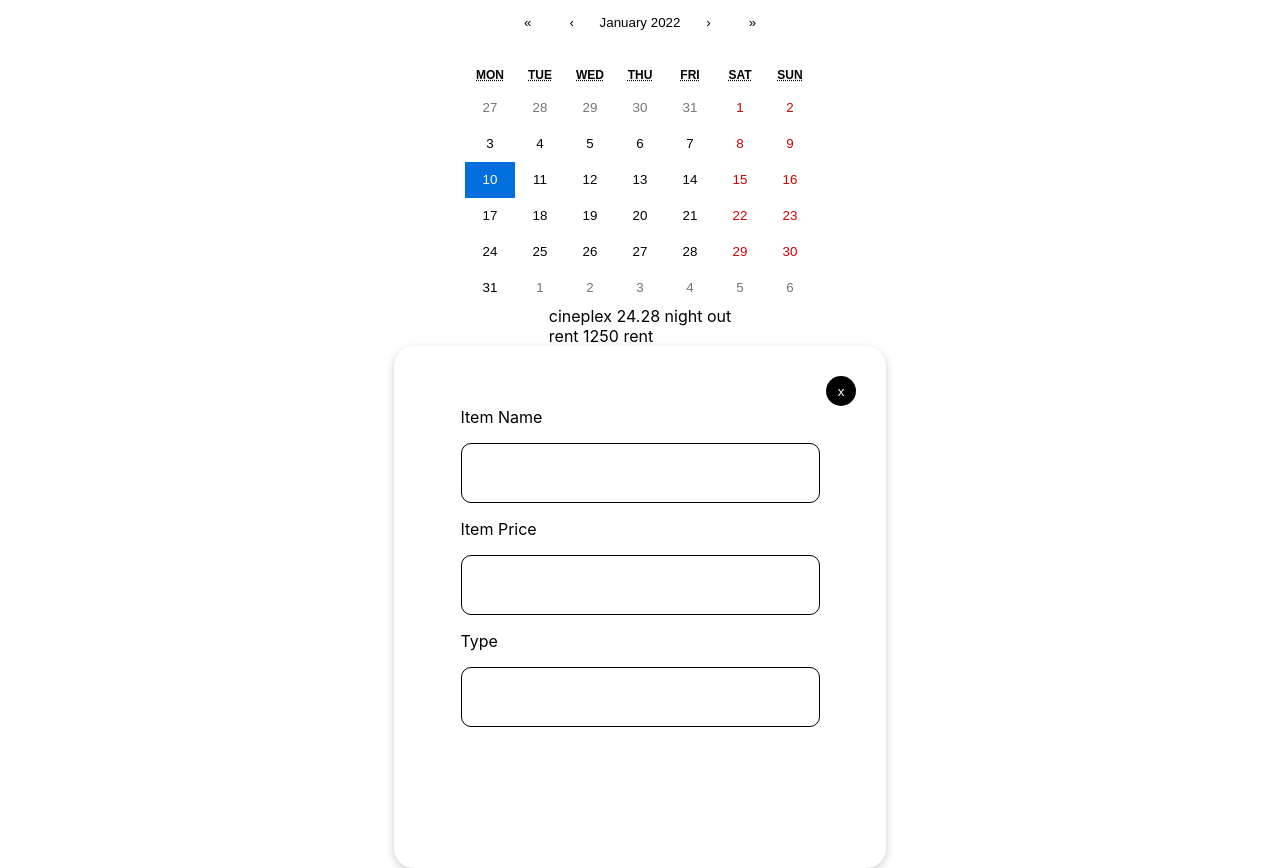
Repository: julianm09/expense-tracker
Page: /
An editor plug-in stored every save of this project. The page is shown before and after the next save, followed by the edit.
The browser window is 1280 px wide. The pictures show the whole page.
The project was rebuilt for these pictures with package versions that can differ from the ones it lists, and the page was loaded fresh each time. The framework's server and built-in components were replaced by stand-ins that run in the browser. Also part of the build but not shown: next.config.js.

Above is the page before, as saved 2022-01-10 15:04:33.

After the next save:
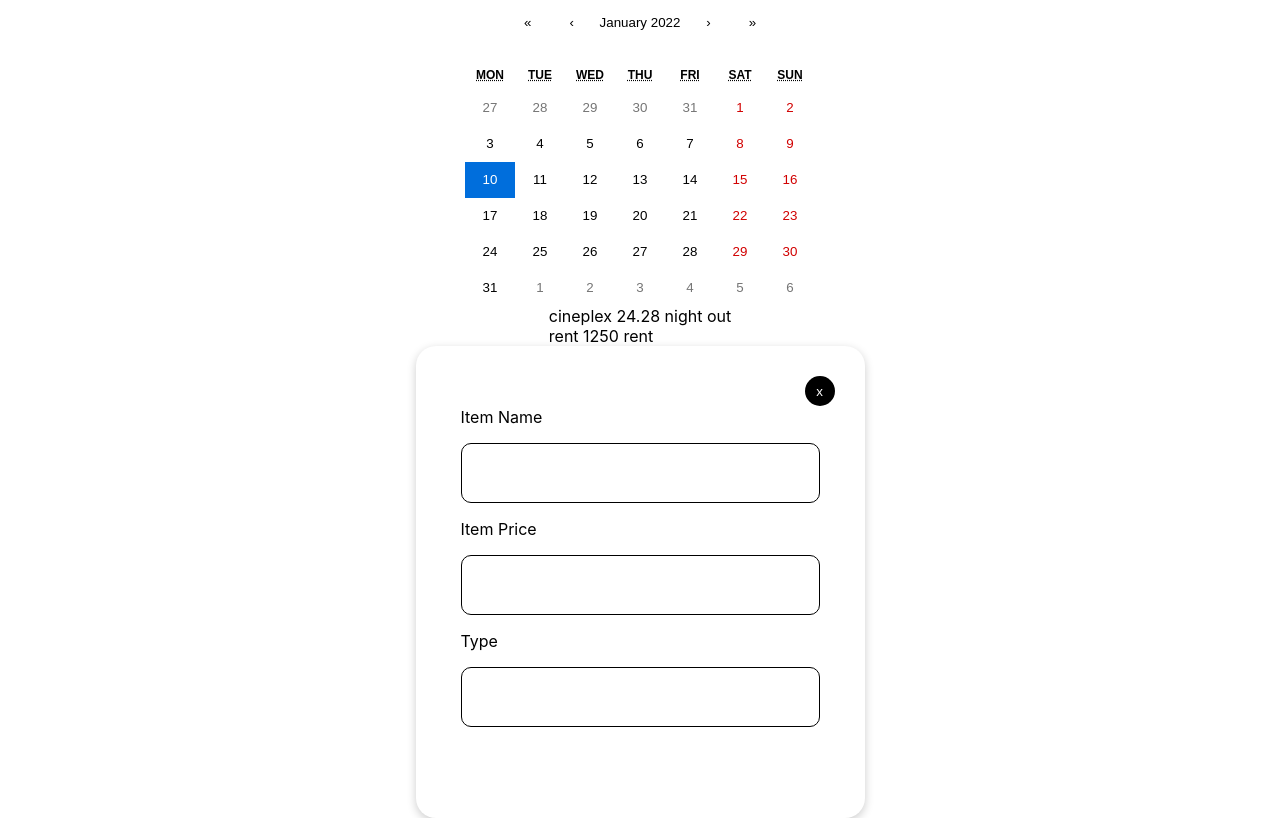
Saved 25 s later.
--- a/comps/popup.js
+++ b/comps/popup.js
@@ -6,8 +6,8 @@ const Cont = styled.div`
   flex-direction: column;
 
   align-items: center;
-  min-width: 492px;
-  min-height: 522px;
+  min-width: 442px;
+  min-height: 472px;
   padding: 45px;
   background-color: #fff;
   border-radius: 20px;
